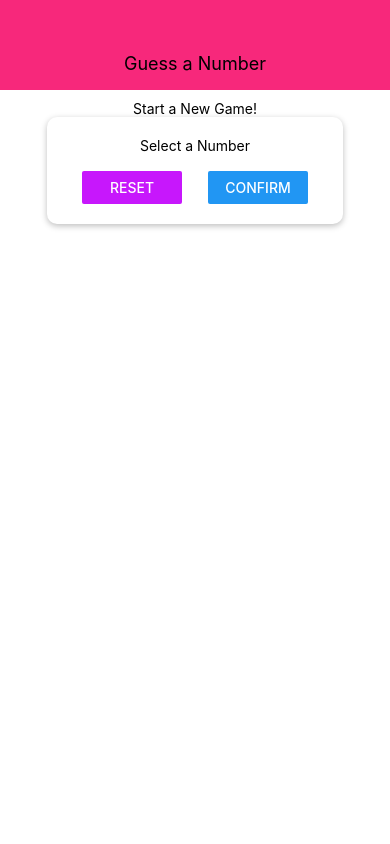
Repository: ChidiChuks/rn-second-project
Screen: / (app in second-project/)
An editor plug-in stored every save of this project. The screen is shown before and after the next save, followed by the edit.
The app was drawn by React Native's web renderer in a window 390 px wide. The project was rebuilt for these pictures with package versions that can differ from the ones it lists, and the page was loaded fresh each time.

Above is the screen before, as saved 2019-10-23 13:44:32.

After the next save:
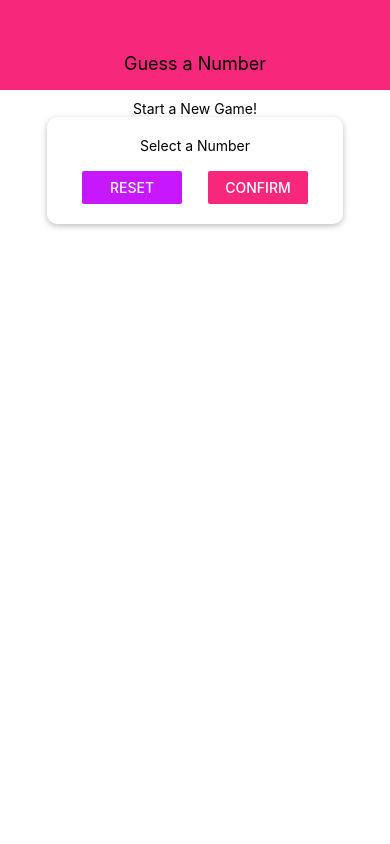
Saved 49 s later.
--- a/second-project/screens/StartGameScreen.js
+++ b/second-project/screens/StartGameScreen.js
@@ -15,7 +15,7 @@ const StartGameScreen = props => {
             <Button title="Reset" onPress={() => {}} color='#c717fc' />
           </View>
           <View style={styles.button}>
-            <Button title="Confirm" onPress={() => {}} color='' />
+            <Button title="Confirm" onPress={() => {}} color='#f7287b' />
           </View>
         </View>
       </Card>
